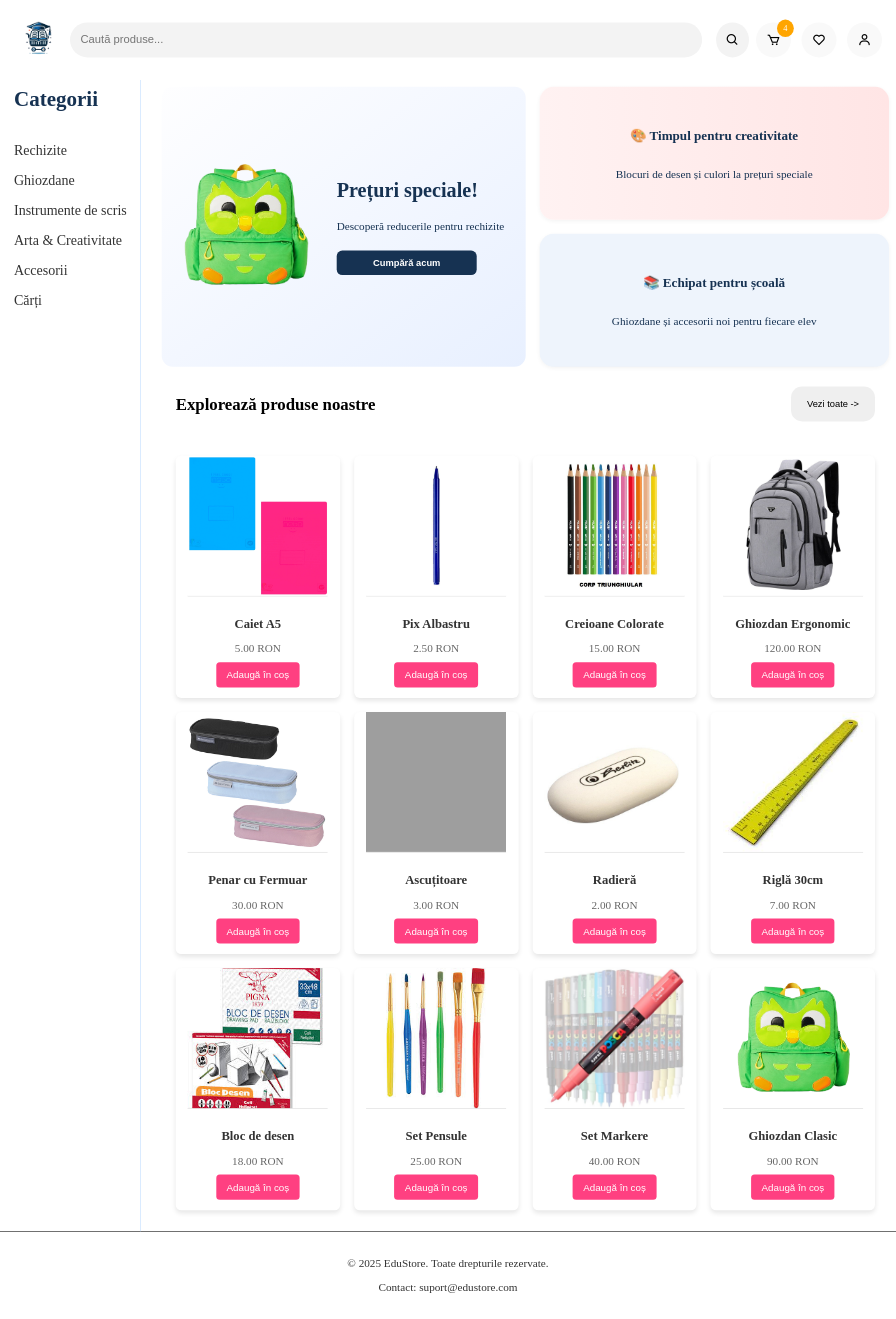
Repository: Roxana5504/WebDev-Project
Page: frontend/index.html
The author's editor kept a copy of each file at every save. The page is drawn from the files as they stood at one save, then again after a run of saves.
The browser window is 1280 px wide. The pictures show the whole page, at 70% of full size.
Pictures or frames that could not be fetched are drawn as grey boxes.

Above is the page before, as saved 2025-04-23 17:23:46.

### frontend/index.html
<!DOCTYPE html>
<html lang="ro">
  <head>
    <meta charset="UTF-8" />
    <meta name="viewport" content="width=device-width, initial-scale=1.0" />
    <title>Căutare Produse</title>
    <link rel="stylesheet" href="/styles.css" />
    <link
      href="https://cdn.jsdelivr.net/npm/boxicons@2.1.4/css/boxicons.min.css"
      rel="stylesheet"
    />
  </head>

  <body>
    <header class="container-header">
      <div class="logo">
        <img src="/backend/images/logoDWS.png" alt="EduStore" />
      </div>

      <div class="search-bar">
        <button class="sidebar-toggle" id="sidebar-toggle">
          <i class="bx bx-menu"></i>
        </button>
        <input type="text" id="search-input" placeholder="Caută produse..." />
        <button class="search-btn" id="search-btn">
          <i class="bx bx-search"></i>
        </button>
      </div>

      <div class="header-icons">
        <div class="header-icon">
          <span class="cart-items">4</span>
          <i class="bx bx-cart"></i>
        </div>
        <div class="header-icon">
          <i class="bx bx-heart"></i>
        </div>
        <div class="header-icon profile">
          <i class="bx bx-user"></i>
        </div>
      </div>
    </header>

    <div class="main-content">
      <aside class="sidebar">
        <div>
          <h2>Categorii</h2>
          <ul>
            <li>Rechizite</li>
            <li>Ghiozdane</li>
            <li>Instrumente de scris</li>
            <li>Arta & Creativitate</li>
            <li>Accesorii</li>
            <li>Cărți</li>
          </ul>
        </div>
      </aside>

      <div class="container">
        <section class="banner">
          <div class="banner-left">
            <div class="banner-left-content">
              <div class="img-cont">
                <img src="/backend/images/gh.jpg" alt="Oferta specială" />
              </div>

              <div class="banner-text">
                <h2>Prețuri speciale!</h2>
                <p>Descoperă reducerile pentru rechizite</p>
                <button class="buy-now-btn" id="buy-now-btn">
                  Cumpără acum
                </button>
              </div>
            </div>
          </div>

          <div class="banner-right">
            <div class="banner-right-up">
              <h3>🎨 Timpul pentru creativitate</h3>
              <p>Blocuri de desen și culori la prețuri speciale</p>
            </div>
            <div class="banner-right-down">
              <h3>📚 Echipat pentru școală</h3>
              <p>Ghiozdane și accesorii noi pentru fiecare elev</p>
            </div>
          </div>
        </section>

        <section class="products">
          <div class="products-explore-line">
            <h2>Explorează produse noastre</h2>
            <button class="all-products-button">Vezi toate -></button>
          </div>
          <div id="product-list" class="product-list"></div>
        </section>
      </div>
    </div>
    <footer>
      <p>&copy; 2025 EduStore. Toate drepturile rezervate.</p>
      <p>Contact: suport@edustore.com</p>
    </footer>
    <script src="script.js"></script>
  </body>
</html>

### frontend/styles.css
/*CSS Roxana*/
html,
body {
  height: 100%;
  margin: 0;
  padding: 0;
}

.modal-overlay {
  position: fixed;
  top: 0;
  left: 0;
  right: 0;
  bottom: 0;
  background: rgba(0, 0, 0, 0.6);
  display: flex;
  align-items: center;
  justify-content: center;
  padding: 20px;
  z-index: 9999;
  overflow-y: auto;
  box-sizing: border-box;
}

.modal-content {
  display: flex;
  flex-direction: column;
  background: white;
  padding: 20px;
  border-radius: 10px;
  max-width: 800px;
  width: 100%;
  max-height: 90vh;
  overflow-y: auto;
  position: relative;
  box-sizing: border-box;
  align-items: center;
}

.modal-buttons {
  align-items: center;
  display: flex;
  gap: 10px;
  margin-top: 20px;
}

.modal-content button {
  background-color: black;
  color: white;
  font-weight: bold;
  border: none;
  padding: 12px 16px;
  border-radius: 5px;
}

.close-btn {
  position: absolute;
  top: 10px;
  right: 15px;
  font-size: 24px;
  cursor: pointer;
  color: red;
}

.modal-products {
  display: flex;
  flex-wrap: wrap;
  gap: 20px;
}

.modal-product-card {
  width: 200px;
  border: 1px solid #eee;
  border-radius: 10px;
  padding: 10px;
  text-align: center;
}

.modal-product-card img {
  max-width: 100%;
  height: auto;
  border-radius: 5px;
}

.container-header {
  position: sticky;
  top: 0px;
  background-color: white;
  z-index: 98;
  padding: 20px;
  display: flex;
  align-items: center;
  justify-content: space-between;
  width: 100%;
  box-sizing: border-box;
  flex-wrap: wrap;
  gap: 10px;
}

.logo img {
  height: 70px;
  cursor: pointer;
}

.search-bar {
  flex: 1;
  gap: 20px;
  display: flex;
  align-items: center;
  position: relative;
  max-width: 1000px;
}

.search-btn {
  width: 50px;
  height: 50px;
  border-radius: 100%;
  border: none;
  background-color: #f3f3f3;
  display: flex;
  justify-content: center;
  align-items: center;
  cursor: pointer;
  font-size: 20px;
}

.search-bar input {
  min-width: 200px;
  width: 100%;
  height: 50px;
  padding: 10px 15px;
  border-radius: 50px;
  border: none;
  background-color: #f3f3f3;
  font-size: 16px;
  outline: none;
  box-sizing: border-box;
}

.header-icons {
  display: flex;
  align-items: center;
  gap: 15px;
}

.header-icon {
  position: relative;
  width: 50px;
  height: 50px;
  background-color: #f9f9f9;
  border-radius: 50%;
  display: flex;
  justify-content: center;
  align-items: center;
  cursor: pointer;
}

.header-icon i {
  font-size: 20px;
  color: black;
}

.cart-items {
  position: absolute;
  top: -4px;
  right: -4px;
  background-color: orange;
  color: white;
  font-size: 12px;
  border-radius: 100%;
  padding: 5px 9px;
}

.main-content {
  display: flex;
  flex: 1;
  box-sizing: border-box;
  justify-content: left;
}

.container {
  flex: 1;
  width: 100%;
  margin: 0px auto;
  display: flex;
  flex-direction: column;
  padding: 10px;
  max-width: 1200px;
  box-sizing: border-box;
  justify-content: flex-start;
}

.sidebar {
  position: relative;
  height: auto;
  width: 200px;
  padding-right: 0px;
  margin-right: 20px;
  border-right: 1px solid rgb(203, 227, 255);
}

.sidebar div {
  position: sticky;
  top: 0px;
  background-color: white;
  z-index: 99;
}

.sidebar h2 {
  padding: 10px 0 10px 20px;
  font-size: 30px;
  font-weight: bold;
  margin-top: 0px;
  color: rgb(22, 50, 82);
}

.sidebar ul {
  list-style: none;
  padding: 0;
  margin: 0;
  margin-left: 20px;
}

.sidebar ul li {
  padding: 10px 0;
  font-size: 20px;
  color: #333;
  cursor: pointer;
  transition: color 0.3s ease;
}

.sidebar ul li:hover {
  color: #0d4e5a;
}

.sidebar-toggle {
  background: none;
  border: none;
  font-size: 25px;
  cursor: pointer;
  display: none;
}

.banner {
  display: flex;
  flex-wrap: wrap;
  gap: 20px;
  width: 100%;
  box-sizing: border-box;
}

.banner-left {
  box-sizing: border-box;
  background: linear-gradient(to bottom right, #fefeff, #e8f0ff);
  border-radius: 16px;
  padding: 10px;
  position: relative;
  display: flex;
  align-items: center;
  justify-content: space-between;
  flex: 1;
}

.banner-left-content {
  display: flex;
  gap: 20px;
  align-items: center;
  flex-wrap: wrap;
  width: 100%;
}

.banner-left-content img {
  width: 100%;
  max-width: 220px;
  height: auto;
  border-radius: 10px;
  object-fit: cover;
}

.banner-text {
  flex: 1;
  display: flex;
  flex-direction: column;
  gap: 10px;
}

.banner-text h2 {
  font-size: 1.8rem;
  color: rgb(22, 50, 82);
  margin: 0;
}

.banner-text p {
  font-size: 1rem;
  color: rgb(22, 50, 82);
}

.buy-now-btn {
  background-color: rgb(22, 50, 82);
  max-width: 200px;
  color: white;
  border: none;
  padding: 10px 16px;
  border-radius: 8px;
  font-weight: bold;
  cursor: pointer;
}

.banner-right {
  flex: 1;
  display: flex;
  flex-direction: column;
  justify-content: space-between;
  gap: 20px;
  min-width: 300px;
}

.banner-right-up,
.banner-right-down {
  border-radius: 20px;
  padding: 20px;
  text-align: center;
  min-height: 150px;
  display: flex;
  flex-direction: column;
  justify-content: center;
  box-shadow: 0 2px 6px rgba(0, 0, 0, 0.05);
}

.banner-right-up {
  background: linear-gradient(to right, #fff2f2, #ffe5e5);
  color: rgb(22, 50, 82);
}

.banner-right-down {
  background: #eef4fc;
  color: rgb(22, 50, 82);
}

footer {
  text-align: center;
  padding: 20px;
  border-top: 1px solid #333;
  color: #333;
  background-color: white;
}

.products-explore-line {
  display: flex;
  justify-content: space-between;
  width: 100%;
  box-sizing: border-box;
  align-items: center;
  padding: 20px;
}

.all-products-button {
  border: none;
  border-radius: 16px;
  padding: 0px 10px;
  width: 120px;
  height: 50px;
  cursor: pointer;
}

@media (max-width: 768px) {
  .search-bar {
    gap: 10px;
    width: 100%;
    margin: 0px;
    order: 1;
    display: flex;
    justify-content: center;
  }

  .search-bar input {
    flex: 1;
    margin: 0 10px;
  }

  .banner {
    flex-direction: column;
  }

  .banner-left {
    width: 100%;
    flex: none;
  }

  .banner-right {
    flex-direction: row;
    flex-wrap: wrap;
    width: 100%;
    gap: 20px;
  }

  .banner-right-up,
  .banner-right-down {
    flex: 1 1 48%;
    min-width: 48%;
    padding: 15px;
  }
}

@media (max-width: 600px) {
  .modal-products {
    flex-direction: column;
    align-items: center;
  }

  .modal-product-card {
    width: 100%;
    max-width: 300px;
  }
  .sidebar {
    width: 30%;
    z-index: 99;
    transform: translateX(-100%);
    display: none;
  }

  .sidebar-toggle {
    display: block;
  }

  .sidebar.open {
    transform: translateX(0);
    display: block;
  }

  .sidebar h2 {
    font-size: 22px;
  }

  .sidebar ul li {
    font-size: 16px;
  }
}

/*Sfarsit CSS Roxana*/

.product-list {
  display: grid;
  grid-template-columns: repeat(auto-fit, minmax(220px, 1fr));
  gap: 20px;
  padding: 20px;
}

.product-card {
  background: white;
  border-radius: 8px;
  box-shadow: 0px 4px 8px rgba(0, 0, 0, 0.1);
  overflow: hidden;
  text-align: center;
  transition: transform 0.2s ease-in-out;
}

.product-card:hover {
  transform: scale(1.05);
}

.product-card img {
  width: 100%;
  height: 200px;
  object-fit: cover;
  border-bottom: 1px solid #ddd;
}

.product-card .product-info {
  padding: 15px;
}

.product-card h3 {
  font-size: 18px;
  margin: 10px 0;
  color: #333;
}

.product-card p {
  font-size: 16px;
  color: #666;
  margin-bottom: 10px;
}

.product-card button {
  background: #ff4081;
  color: white;
  border: none;
  padding: 10px 15px;
  border-radius: 5px;
  cursor: pointer;
  font-size: 14px;
  transition: background 0.3s;
}

.product-card button:hover {
  background: #e6006e;
}

@media (max-width: 768px) {
  .product-list {
    grid-template-columns: repeat(auto-fit, minmax(180px, 1fr));
  }
}

### frontend/script.js
//Roxana
document.addEventListener("DOMContentLoaded", function () {
  const categoryItems = document.querySelectorAll("aside li")
  const productList = document.getElementById("product-list")
  let products = []

  fetch("/products.json")
    .then((response) => {
      if (!response.ok) {
        throw new Error("Eroare la încărcarea fișierului products.json")
      }
      return response.json()
    })
    .then((data) => {
      products = data.products.map((product) => {
        const name = product.name.toLowerCase()
        let category = "altele"

        if (name.includes("ghiozdan")) category = "ghiozdane"
        else if (
          name.includes("pix") ||
          name.includes("creion") ||
          name.includes("marker") ||
          name.includes("pensul")
        )
          category = "arta-creativitate"
        else if (
          name.includes("radier") ||
          name.includes("ascuțitoare") ||
          name.includes("rigl")
        )
          category = "accesorii"
        else if (
          name.includes("caiet") ||
          name.includes("penar") ||
          name.includes("bloc")
        )
          category = "rechizite"

        return { ...product, category }
      })

      renderProducts()
    })
    .catch((error) => {
      console.error("Eroare la încărcare produse:", error)
    })

  function renderProducts() {
    productList.innerHTML = ""
    products.forEach((product) => {
      const productCard = document.createElement("div")
      productCard.classList.add("product-card")
      productCard.setAttribute("data-category", product.category)
      productCard.innerHTML = `
        <img src="${product.image}" alt="${
        product.name
      }" style="width: 200px; height: 200px; object-fit: cover;">
        <div class="product-info">
          <h3>${product.name}</h3>
          <p>${product.price.toFixed(2)} RON</p>
          <button>Adaugă în coș</button>
        </div>
      `
      productList.appendChild(productCard)
    })
  }

  categoryItems.forEach((item) => {
    item.addEventListener("click", function () {
      const category = this.textContent
        .trim()
        .toLowerCase()
        .replace(/\s+/g, "-")
      const productCards = document.querySelectorAll(".product-card")

      productCards.forEach((product) => {
        if (
          product.getAttribute("data-category") === category ||
          category === "toate"
        ) {
          product.style.display = "flex"
        } else {
          product.style.display = "none"
        }
      })
    })
  })
})

document.getElementById("search-btn").addEventListener("click", () => {
  const query = document.getElementById("search-input").value.trim()

  fetch(`/products/${query}`)
    .then((res) => {
      if (!res.ok) throw new Error("Server error: " + res.status)
      return res.json()
    })
    .then((data) => {
      if (data.length > 0) {
        showModalWithProducts(data)
      } else {
        showNoProductFoundModal(query)
      }
    })
    .catch((err) => {
      console.error("Eroare:", err)
    })
})

document.getElementById("buy-now-btn").addEventListener("click", () => {
  const query = "Ghiozdan Clasic"
  fetch(`/products/${query}`)
    .then((res) => {
      if (!res.ok) throw new Error("Server error: " + res.status)
      return res.json()
    })
    .then((data) => {
      if (data.length > 0) {
        showModalWithProducts(data)
      } else {
        showNoProductFoundModal(query)
      }
    })
    .catch((err) => {
      console.error("Eroare:", err)
    })
})

function showModalWithProducts(products) {
  let modalHTML = `
      <div id="product-modal" class="modal-overlay">
        <div class="modal-content">
          <span class="close-btn" onclick="closeModal()">&times;</span>
          <h2>Rezultate Căutare</h2>
          <div class="modal-products">
    `

  products.forEach((product) => {
    modalHTML += `
        <div class="modal-product-card">
          <img src="${product.image}" alt="${product.name}" />
          <h3>${product.name}</h3>
          <p>Preț: ${product.price} lei</p>
          <p>Cantitate: ${product.quantity ?? "Nespecificat"}</p>
        </div>
      `
  })

  modalHTML += `
          </div>
        </div>
      </div>
    `

  document.body.insertAdjacentHTML("beforeend", modalHTML)
}

function showNoProductFoundModal(query) {
  const modalHTML = `
      <div id="product-modal" class="modal-overlay">
        <div class="modal-content">
          <span class="close-btn" onclick="closeModal()">&times;</span>
          <h2>Produs negăsit</h2>
          <p>Nu am găsit produsul <strong>"${query}"</strong>.</p>
          <p>Dorești să îl adaugi în magazin?</p>
          <div class="modal-buttons">
          <button onclick="openAddProductForm('${query}')">Adaugă produs</button>
          <button onclick="closeModal()">Încearcă din nou</button></div>
        </div>
      </div>
    `
  document.body.insertAdjacentHTML("beforeend", modalHTML)
}

function closeModal() {
  const modal = document.getElementById("product-modal")
  if (modal) modal.remove()
}

const sidebarToggle = document.getElementById("sidebar-toggle")
const sidebar = document.querySelector(".sidebar")

sidebarToggle.addEventListener("click", () => {
  sidebar.classList.toggle("open")
})
//Sfarsit cod Roxana

### backend/products.json
{
  "products": [
    { "name": "Caiet A5", "price": 5.0, "image": "/backend/images/caiet.jpg" },
    {
      "name": "Pix Albastru",
      "price": 2.5,
      "image": "/backend/images/pix.jpg",
      "quantity": 20
    },
    {
      "name": "Creioane Colorate",
      "price": 15.0,
      "image": "/backend/images/creioane.jpg",
      "quantity": 20
    },
    {
      "name": "Ghiozdan Ergonomic",
      "price": 120.0,
      "image": "/backend/images/ghiozdan.jpg",
      "quantity": 20
    },
    {
      "name": "Penar cu Fermuar",
      "price": 30.0,
      "image": "/backend/images/penar.jpg",
      "quantity": 20
    },
    {
      "name": "Ascuțitoare",
      "price": 3.0,
      "image": "/backend/images/ascutitoare.jpg",
      "quantity": 20
    },

    {
      "name": "Radieră",
      "price": 2.0,
      "image": "/backend/images/radiera.jpg",
      "quantity": 20
    },
    {
      "name": "Riglă 30cm",
      "price": 7.0,
      "image": "/backend/images/rigla.jpg",
      "quantity": 20
    },
    {
      "name": "Bloc de desen",
      "price": 18.0,
      "image": "/backend/images/blocdesen.jpg",
      "quantity": 20
    },
    {
      "name": "Set Pensule",
      "price": 25.0,
      "image": "/backend/images/pensule.jpg",
      "quantity": 20
    },
    {
      "name": "Set Markere",
      "price": 40.0,
      "image": "/backend/images/markere.jpg",
      "quantity": 20
    },
    {
      "name": "Ghiozdan Clasic",
      "price": 90.0,
      "image": "/backend/images/gh.jpg",
      "quantity": 20
    }
  ]
}

After the next 4 saves:
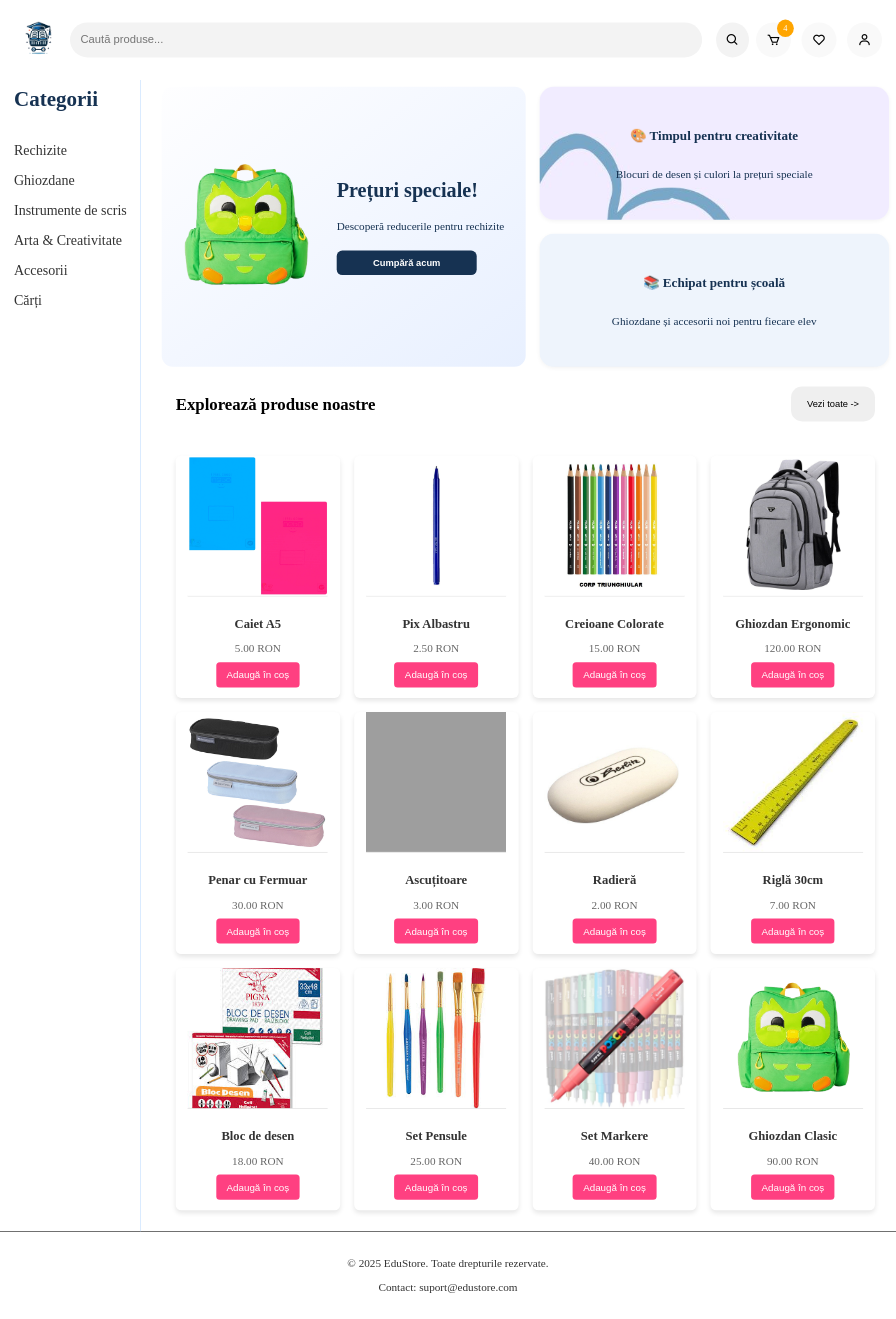
The 4 saves are shown as one change because they came seconds apart.
The last was saved 13 s later.
--- a/frontend/styles.css
+++ b/frontend/styles.css
@@ -328,7 +328,7 @@ body {
 }
 
 .banner-right-up {
-  background: linear-gradient(to right, #fff2f2, #ffe5e5);
+  background: url("/backend/images/bkgdsw.jpg");
   color: rgb(22, 50, 82);
 }
 
